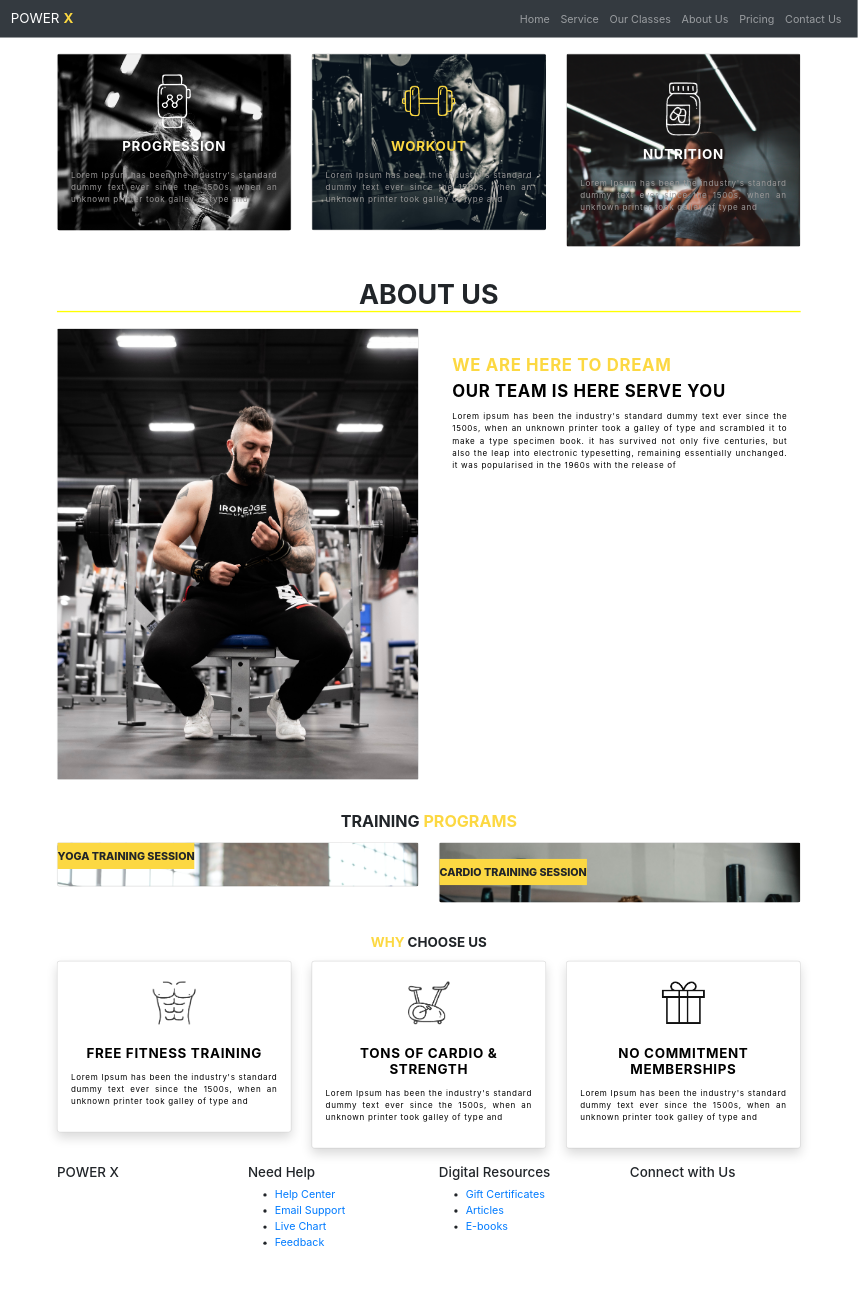
Repository: arif286/power-x-gym
Page: /
The author's editor kept a copy of each file at every save. The page is drawn from the files as they stood at one save, then again after the next save.
The browser window is 1280 px wide. The pictures show the whole page, at 67% of full size.
The project was rebuilt for these pictures with package versions that can differ from the ones it lists, and the page was loaded fresh each time.

Above is the page before, as saved 2021-04-06 23:48:36.

After the next save:
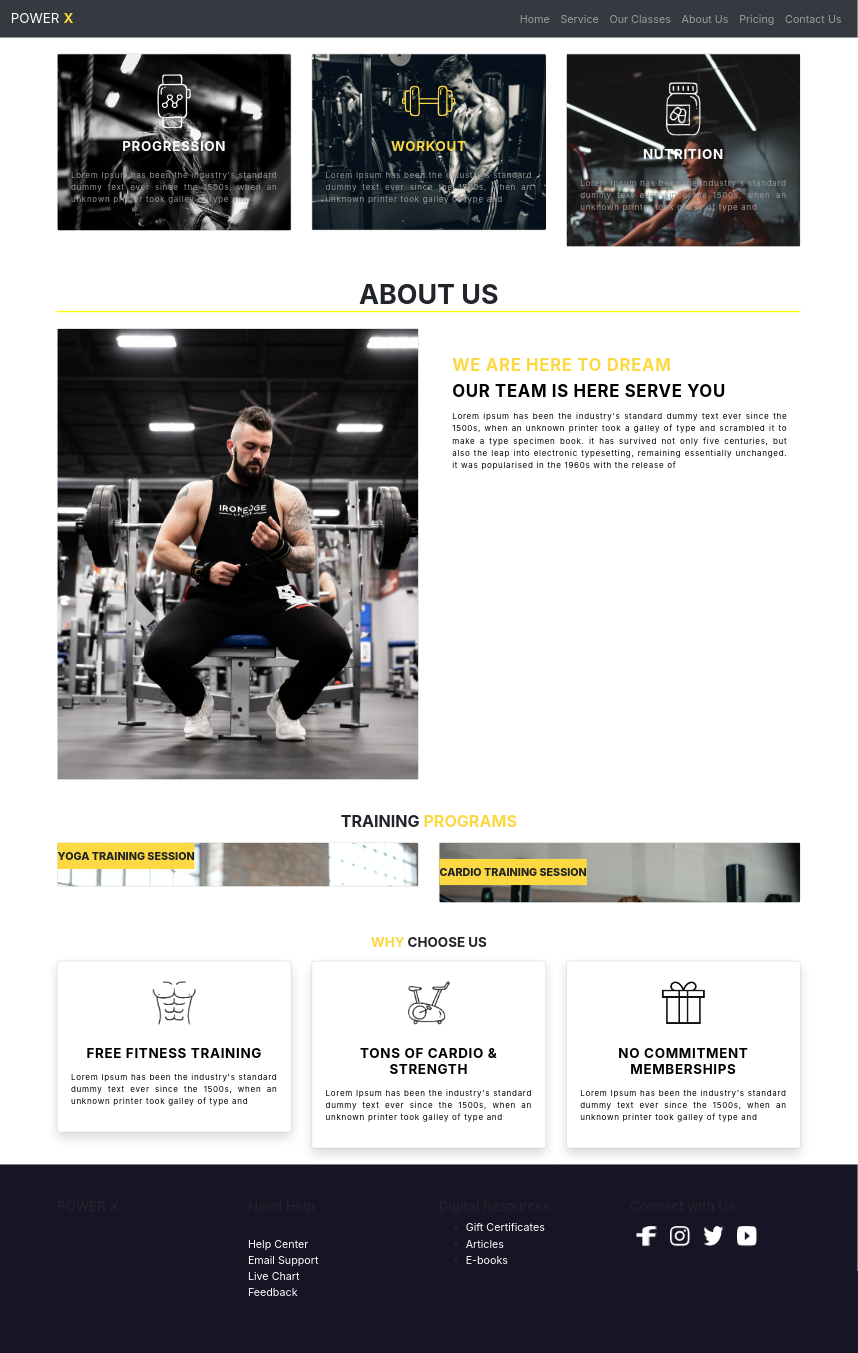
Saved 16 s later.
--- a/src/components/Footer/Footer.js
+++ b/src/components/Footer/Footer.js
@@ -5,7 +5,7 @@ import Facebook from '../../power-x-gym/Image & Icon/bxl-facebook.png';
 import Instagram from '../../power-x-gym/Image & Icon/bxl-instagram.png';
 import Twitter from '../../power-x-gym/Image & Icon/bxl-twitter.png';
 import YouTube from '../../power-x-gym/Image & Icon/bxl-youtube.png';
-
+import './Footer.css';
 const Footer = () => {
   return (
     <footer>
